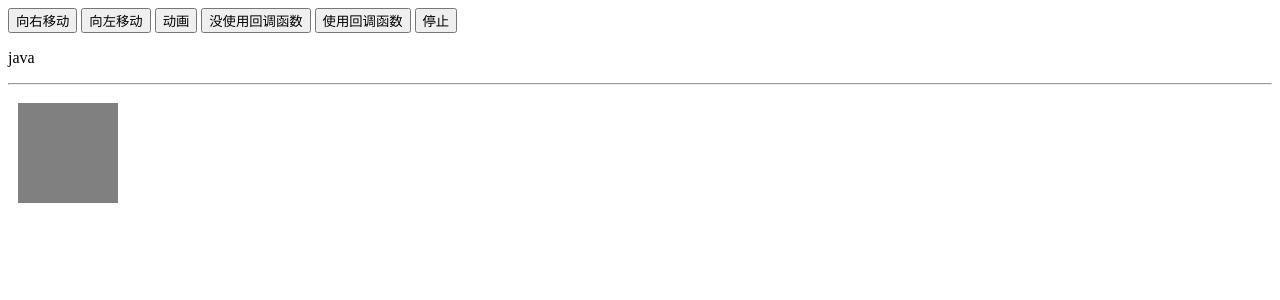
Repository: jsjchai/springmvc_study
Page: springmvc/jquery/jquery_Test/WebContent/jqueryTest15.html
An editor plug-in stored every save of this project. The page is shown before and after the next save, followed by the edit.
The browser window is 1280 px wide. The pictures show the whole page.

Above is the page before, as saved 2015-04-06 12:43:34.

### springmvc/jquery/jquery_Test/WebContent/jqueryTest15.html
<!DOCTYPE html>
<html>
<head>
<meta charset="UTF-8">
<title>jquery动画效果</title>
<script type="text/javascript" src="./js/jquery-1.11.2.js"></script>
<script type="text/javascript">
	//onload事件
	$(document).ready(function(){
		//向右移动
		$("#b1").click(function(){
			$("#d1").animate({left: '+800px'}, "slow");
		});
		//向左移动
		$("#b2").click(function(){
			$("#d1").animate({left: '-800px'}, "slow");
		});
		//动画
		$("#b3").click(function(){
			 $("#d1").animate({
				    width: "90%",
				    height: "100%",
				    fontSize: "10em",
				    borderWidth: 10
				  }, 1000 );
		});
		//回调函数
		$("#button1").click(function(){
            $("p").hide("slow");
             alert("不使用回调，先弹出对话框再隐藏！");
        });
        $("#button2").click(function(){
            $("p").hide("slow",function(){
                alert("使用回调函数，先隐藏再弹出对话框!");
            });
        });
        //停止
        $("#b4").click(function(){
			$("#d1").stop();
		});
	});
</script>
</head>
<body>
	<input type="button" value="向右移动" id="b1">
	<input type="button" value="向左移动" id="b2">
	<input type="button" value="动画" id="b3">
	<input id="button1" type="button" value="没使用回调函数">
    <input id="button2" type="button" value="使用回调函数">
    <input id="b4" type="button" value="停止">
    	<p>java</p>
	<hr>
	<div id="d1"
		style="width: 100px; height: 100px; background-color: gray; margin: 10px; position: absolute;"></div>

</body>
</html>

Loaded but not shown: springmvc/jquery/jquery_Test/WebContent/js/jquery-1.11.2.js (library)

After the next save:
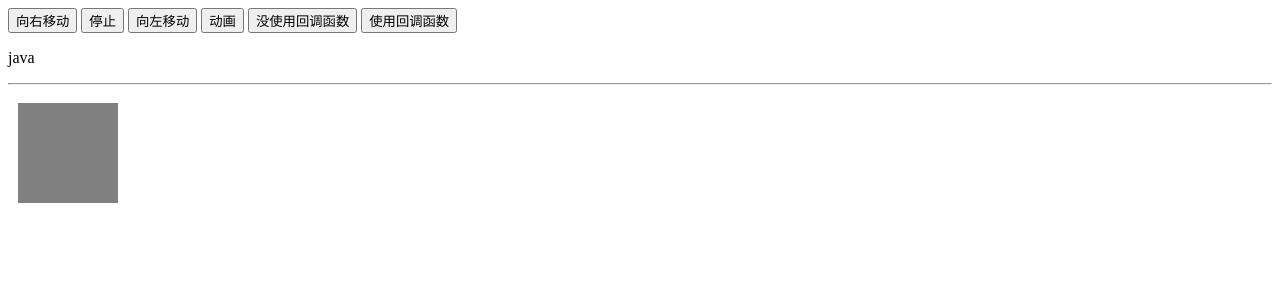
Saved 62 s later.
--- a/springmvc/jquery/jquery_Test/WebContent/jqueryTest15.html
+++ b/springmvc/jquery/jquery_Test/WebContent/jqueryTest15.html
@@ -43,11 +43,11 @@
 </head>
 <body>
 	<input type="button" value="向右移动" id="b1">
+    <input id="b4" type="button" value="停止">
 	<input type="button" value="向左移动" id="b2">
 	<input type="button" value="动画" id="b3">
 	<input id="button1" type="button" value="没使用回调函数">
     <input id="button2" type="button" value="使用回调函数">
-    <input id="b4" type="button" value="停止">
     	<p>java</p>
 	<hr>
 	<div id="d1"
